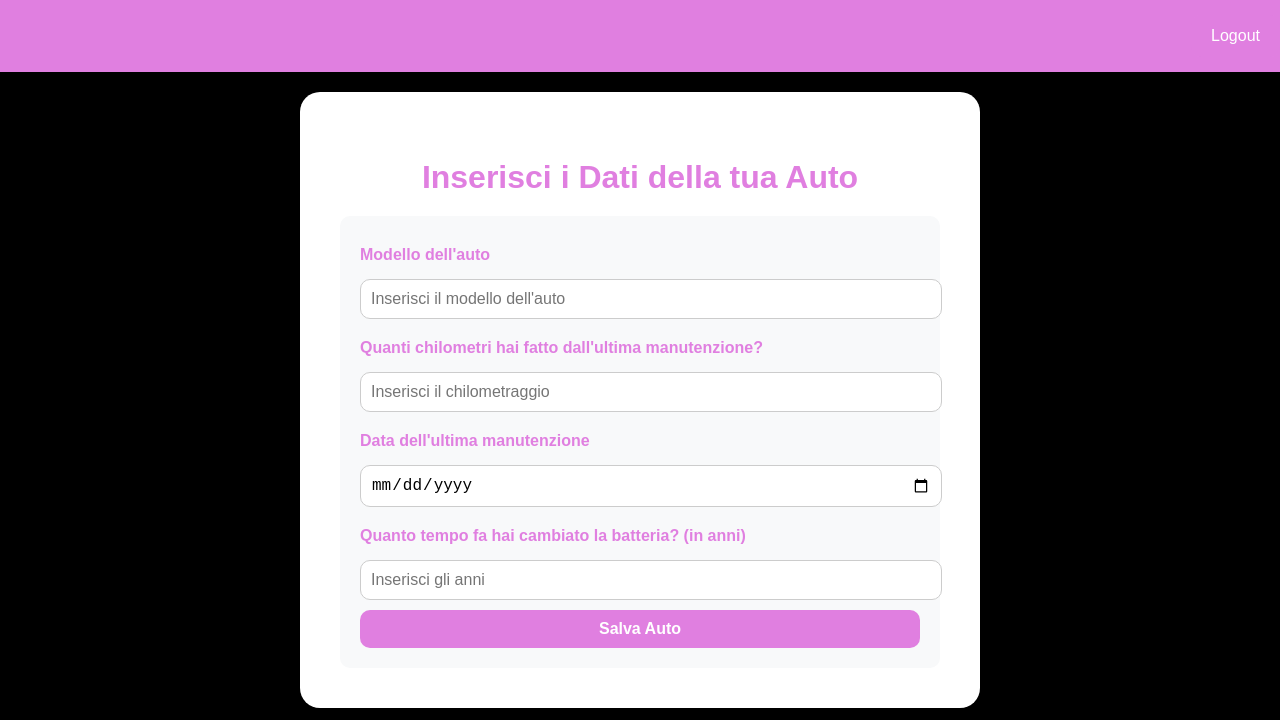
Repository: maxdl98/AppAuto
Page: http://localhost/index
The author's editor kept a copy of each file at every save. The page is drawn from the files as they stood at one save, then again after the next save.
The browser window is 1280 px wide. The pictures show the whole page.
The page is this project's Thymeleaf template; nobody is signed in. The template is opened directly, without the code that normally fills it, so the values that code supplies are empty.

Above is the page before, as saved 2025-01-12 23:16:11.
Console error: TypeError: Cannot set properties of null (setting 'innerText')

### AutoApp/src/main/resources/templates/index.html
<!DOCTYPE html>
<html lang="it">

<head>
    <meta charset="UTF-8">
    <meta name="viewport" content="width=device-width, initial-scale=1.0">
    <title>Manutenzione Facile</title>
    <style>
        /* Stile generale */
        body {
            font-family: Arial, sans-serif;
            background-color: #000;
            margin: 0;
            padding: 0;
            display: flex;
            justify-content: center;
            align-items: center;
            height: 100vh;
            flex-direction: column;
            color: #fff;
        }

        /* Top bar */
        .topbar {
            width: 100%;
            background-color: #e07fe0;
            padding: 15px 20px;
            display: flex;
            justify-content: flex-end; /* Aggiustato per far stare a destra il logout */
            align-items: center;
            position: fixed;
            top: 0;
            left: 0;
            z-index: 10;
        }

        .topbar .logout-btn {
            background-color: #e07fe0;
            color: white;
            padding: 12px 20px;
            font-size: 1rem;
            border: none;
            border-radius: 10px;
            cursor: pointer;
            transition: background-color 0.3s;
            position: relative;
    right: 20px;
        }

        .topbar .logout-btn:hover {
            background-color: #c97bcd;
        }

        /* Contenitore principale */
        .container {
            background-color: #fff;
            padding: 40px;
            border-radius: 20px;
            box-shadow: 0 4px 8px rgba(0, 0, 0, 0.1);
            width: 100%;
            max-width: 600px; /* Modificato per essere più largo */
            text-align: center;
            margin-top: 80px;
        }

        .container h2 {
            margin-bottom: 20px;
            font-size: 2rem;
            color: #e07fe0;
        }

        .container p {
            color: #555;
            font-size: 1rem;
            margin-bottom: 30px;
        }

        /* Form di inserimento auto */
        .auto-form {
            text-align: left;
            margin-top: 20px;
            padding: 20px;
            background-color: #f8f9fa;
            border-radius: 10px;
        }

        .auto-form label {
            font-weight: bold;
            color: #e07fe0;
            display: block;
            margin: 10px 0 5px;
        }

        .auto-form input {
            width: 100%;
            padding: 10px;
            margin: 10px 0;
            border: 1px solid #ccc;
            border-radius: 10px;
            font-size: 1rem;
        }

        .auto-form button {
            width: 100%;
            padding: 10px;
            background-color: #e07fe0;
            border: none;
            border-radius: 10px;
            color: white;
            font-size: 1rem;
            font-weight: bold;
            cursor: pointer;
        }

        .auto-form button:hover {
            background-color: #c97bcd;
        }
    </style>
</head>

<body>
    <!-- Top bar -->
    <div class="topbar">
        <button id="logoutBtn" class="logout-btn">Logout</button>
    </div>

    <!-- Form per raccogliere i dati dell'auto -->
    <div class="container">
        <h2>Inserisci i Dati della tua Auto</h2>

        <div class="auto-form">
            <label for="model">Modello dell'auto</label>
            <input type="text" id="model" placeholder="Inserisci il modello dell'auto">

            <label for="mileage">Quanti chilometri hai fatto dall'ultima manutenzione?</label>
            <input type="number" id="mileage" placeholder="Inserisci il chilometraggio">

            <label for="maintenanceDate">Data dell'ultima manutenzione</label>
            <input type="date" id="maintenanceDate">

            <label for="batteryDuration">Quanto tempo fa hai cambiato la batteria? (in anni)</label>
            <input type="number" id="batteryDuration" placeholder="Inserisci gli anni">

            <button id="saveCarBtn">Salva Auto</button>
        </div>
    </div>

    <script>
        // Funzione per salvare i dati dell'auto
        document.getElementById('saveCarBtn').addEventListener('click', function () {
            const model = document.getElementById('model').value;
            const mileage = document.getElementById('mileage').value;
            const maintenanceDate = document.getElementById('maintenanceDate').value;
            const batteryDuration = document.getElementById('batteryDuration').value;

            if (!model || !mileage || !maintenanceDate || !batteryDuration) {
                alert("Per favore, compila tutti i campi.");
                return;
            }

            const userId = localStorage.getItem("userId");

            if (!userId) {
                alert("Devi essere loggato per salvare l'auto.");
                return;
            }

            fetch('http://localhost:8080/api/v1/automob', {
                method: 'POST',
                headers: { 'Content-Type': 'application/json' },
                body: JSON.stringify({
                    km_totali: mileage,
                    modello: model,
                    duratabatt: batteryDuration,
                    data: maintenanceDate,
                    utente: { id: userId }
                })
            })
                .then(response => response.json())
                .then(data => {
                    alert("Auto salvata con successo!");
                    const carId = data.id_auto;

                    return fetch('http://localhost:8080/api/v1/idauto/cambiobatt', {
                        method: 'PUT',
                        headers: { 'Content-Type': 'application/json' },
                        body: JSON.stringify({
                            id_auto: carId,
                            modello: model,
                            km_totali: mileage,
                            duratabatt: batteryDuration,
                            data: maintenanceDate,
                            utente: { id: userId }
                        })
                    });
                })
                .then(response => {
                    if (!response.ok) {
                        console.warn("Errore silenzioso durante l'associazione della manutenzione.");
                        console.error('Errore di rete:', response.statusText);
                    } else {
                        console.log("Manutenzione associata con successo.");
                    }
                })
                .catch(error => {
                    console.error("Errore non gestito:", error);
                });
        });

        // Logout
        document.getElementById('logoutBtn').addEventListener('click', () => {
            localStorage.removeItem("userId");
            window.location.href = 'Login.html';
        });

        // Carica l'email utente
        window.onload = function () {
            const userEmail = localStorage.getItem("userEmail");
            document.getElementById('userEmail').innerText = userEmail || "Email non trovata.";
        };
    </script>
</body>

</html>

After the next save:
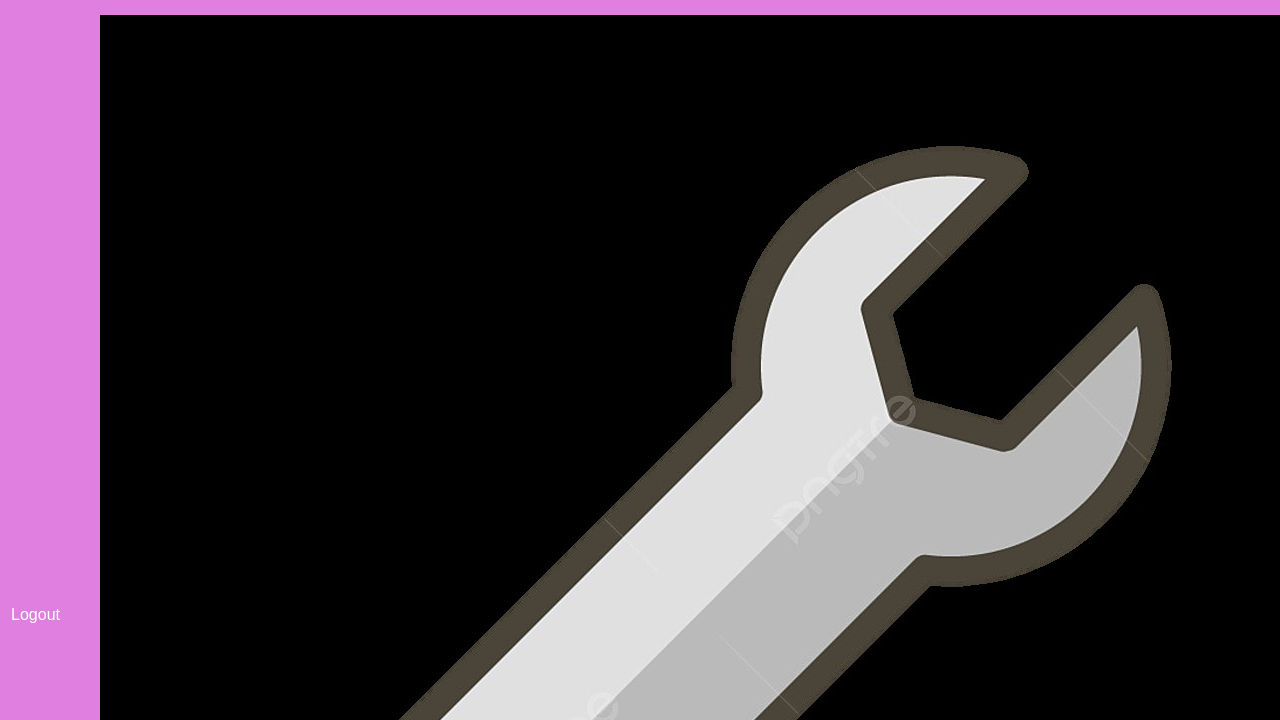
Saved 100 s later.
--- a/AutoApp/src/main/resources/templates/index.html
+++ b/AutoApp/src/main/resources/templates/index.html
@@ -122,6 +122,7 @@
     <!-- Top bar -->
     <div class="topbar">
         <button id="logoutBtn" class="logout-btn">Logout</button>
+        <img src="/static/chiave.jpg" alt="chiave" class="foto" />
     </div>
 
     <!-- Form per raccogliere i dati dell'auto -->
